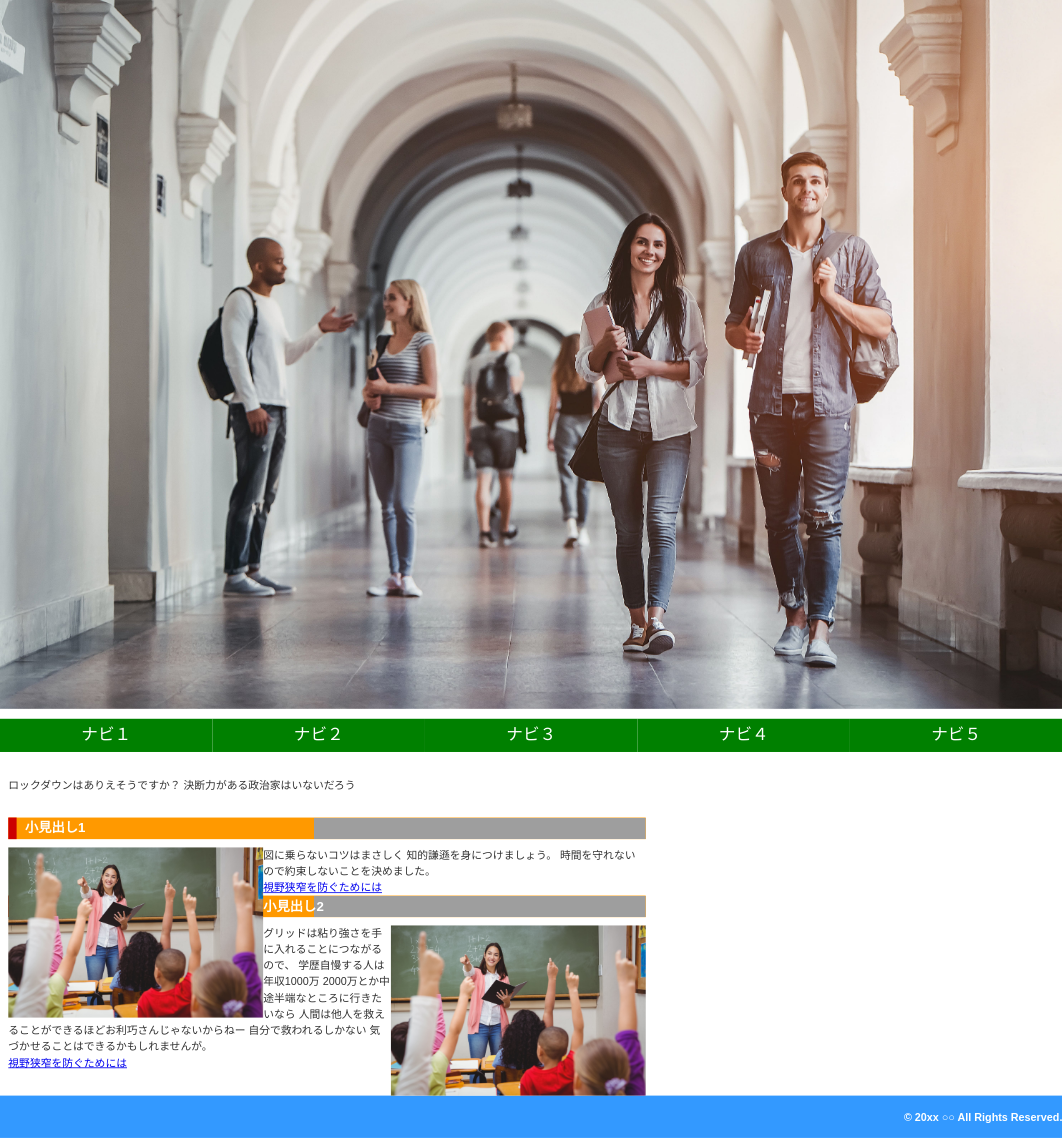
Repository: to-ya-musashi/samurai_HTML-CSS
Page: home.html
The author's editor kept a record of every edit. The page is drawn from the files as they stood at one moment, then again after the next edit.
The browser window is 1280 px wide. The pictures show the whole page, at 83% of full size.
Pictures or frames that could not be fetched are drawn as grey boxes.

Above is the page before.

### home.html
<!DOCTYPE html>
<html lang="ja">
<head>
    <meta charset="UTF-8">
    <meta name="viewport" content="width=device-width, initial-scale=1.0">
    <meta http-equiv="X-UA-Compatible" content="ie=edge">
    <title>HTMLとCSSの学習</title>
    <link rel="stylesheet" href="stylesheet.css" type="text/css" />
</head>
<body>
        <div id="header">
            <h1><a href="index.html"><img id="corridor" src="images/corridor.jpg" alt="大学の廊下" /></a></h1>
        </div>
        <div id="wrapper">
            <div id="nav">
                <ul>
                    <li><a href="home.html">ナビ１</a></li>
                    <li><a href="#">ナビ２</a></li>
                    <li><a href="#">ナビ３</a></li>
                    <li><a href="#">ナビ４</a></li>
                    <li><a href="#">ナビ５</a></li>
                </ul>
            </div>
            <div id = "container">
                <div id="main">
                    <div class="post">
                        <p>ロックダウンはありえそうですか？ 決断力がある政治家はいないだろう</p>
                    </div>
                    <div id="post clearfix">
                        <h2>小見出し1</h2>
                        <img class="left" src="images/classroom.jpg" alt="授業風景" />
                        <p>
                            図に乗らないコツはまさしく 知的謙遜を身につけましょう。
                            時間を守れないので約束しないことを決めました。

                        </p>
                        <p><a href="#">視野狭窄を防ぐためには</a></p>
                    </div>
                    <div id="post clearfix">
                        <h2>小見出し2</h2>
                        <img class="right" src="images/classroom.jpg" alt="授業風景" />
                        <p>
                            グリッドは粘り強さを手に入れることにつながるので、
                            学歴自慢する人は年収1000万 2000万とか中途半端なところに行きたいなら
                            人間は他人を救えることができるほどお利巧さんじゃないからねー
                            自分で救われるしかない 気づかせることはできるかもしれませんが。
                        </p>
                        <p><a href="#">視野狭窄を防ぐためには</a></p>
                    </div>

                </div>

            </div>
        </div>
        <div id="footer">
            <p>&copy; 20xx ○○ All Rights Reserved.</p>
        </div>
</body>
</html>

### stylesheet.css
@charset "utf-8";

/*--------------------- header -----------------------*/

 #header {
 	width: 100%;
 }
 #header h1 {
 	 margin: 0;
	 padding: 0;
 }

 #corridor {
     width: 100%;
	 height: auto;
 }
/*---------------------body----------------------------*/

body {
    margin: 0;
    padding: 0;
    font-family: "ヒラギノ角ゴ Pro W3", "Hiragino Kaku Gothic Pro", "メイリオ", Meiryo, Osaka, "ＭＳ Ｐゴシック", "MS PGothic", sans-serif;
    color: #333;
    font-size: 13px;
    line-height: 150%;
}

/* -------------------- wrapper -------------------- */

#wrapper {
    width: 100%;
    margin: auto;
    padding: 0px;
    border: 0px;
    background-color: #fff;
    top: 10px;
    position: relative;
}

/*--------------------- size -----------------------*/

/*.size {*/
/*    height: 1000px;*/
/*}*/

/* -------------------- footer -------------------- */

#footer {
    clear: both;
    width:100%;
    padding:3px 0;
    background-color: #39F;
    color: #fff;
    font-weight: bold;
    text-align: right;
}

/* -------------------  nav -----------------------*/
#nav {
    width: 100%;
}

#nav ul {
    margin: 0;
    padding: 0;
    list-style-type: none;
}

#nav ul li {
    float: left;
    width: 20%;
    text-align: center;
}

#nav ul li a {
    display: block;
    height: 20px;
    margin:0;
    padding:10px;
    color: #fff;
    font-size: 20px;
    text-decoration:none;
    background-color: green;
}

#nav ul li a:hover {
    filter: drop-shadow(10px 10px 10px black);
}


/* ---------------- container ---------------------*/
#container {
    width: 100%;
    margin: auto;
    padding: auto;
    padding-top: 20px;
    clear: both;
}

/* ---------------- main ---------------------*/

#main {
	float: left;
	width: 60%;
	padding: 10px 30px 10px 10px;
}

#main h2 {
    margin: 0 0 10px 0;
    padding: 3px 10px 3px 10px;
    color: #fff;
    font-size:16px;
    border-left: solid 10px #C00;
    background: #F90 url(../images/main_h2.jpg) right top repeat-y;
}

#main p {
    margin:0;
    padding:0;
}

#main .post {
    margin-bottom: 30px;
}

#main .post img.right {
    margin-left: 8px;
}

#main .post img.left {
    margin-right: 8px;
}

.right {
    float: right;
    width: 40%;
    height: auto;
}

.left {
    float: left;
    width: 40%;
    height: auto;
}

/* ---------------- clearfix ---------------------*/
.clearfix {
    zoom: 1;
}

.clearfix:after {
    content:"";
    display:block;
    clear: both;
}


/* ---------------  side  -------------------------*/

#side {
    float: right;
    width: 30%;
    padding:20px;
    background-color: #F99;
}

#side .box{
    margin: 0 auto 30px auto;
    padding: 0 0 20px 0;
    background: url(images/side_box.png) bottom no-repeat;
}

#side .box h2 {
    margin: 0;
    padding:8px;
    text-align:center;
    color:#fff;
    font-size:16px;
    line-height:16px;
    font-weight:normal;
    background:url(images/side_box_h2.png) center no-repeat;
}

#side .box .boxBody {
    padding: 8px;
    border-right:solid 1px #C36;
    border-bottom:solid 1px #C36;
    border-left:solid 1px #C36;
    background: #fff;
}

#side .box .boxBody ul {
    margin: 0 0 16px 0;
    padding: 0;
}

#side .box .boxBody ul li {
    padding:8px 0 8px 4px;
    list-style-type: none;
    border-bottom:solid 1px #C36;
}

After the next edit:
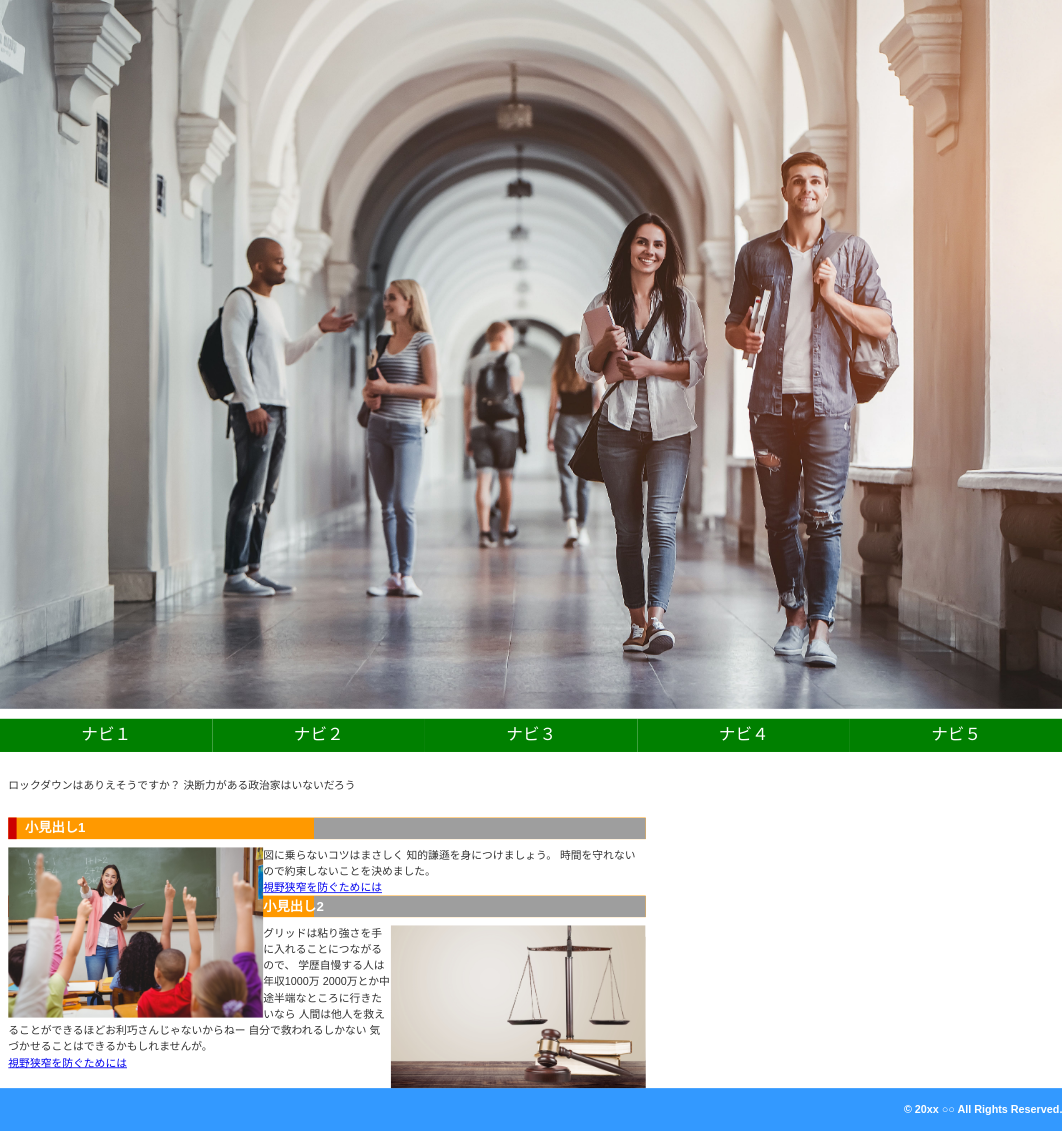
The edit:
--- a/home.html
+++ b/home.html
@@ -38,7 +38,7 @@
                     </div>
                     <div id="post clearfix">
                         <h2>小見出し2</h2>
-                        <img class="right" src="images/classroom.jpg" alt="授業風景" />
+                        <img class="right" src="images/scale.jpg" alt="天秤" />
                         <p>
                             グリッドは粘り強さを手に入れることにつながるので、
                             学歴自慢する人は年収1000万 2000万とか中途半端なところに行きたいなら
